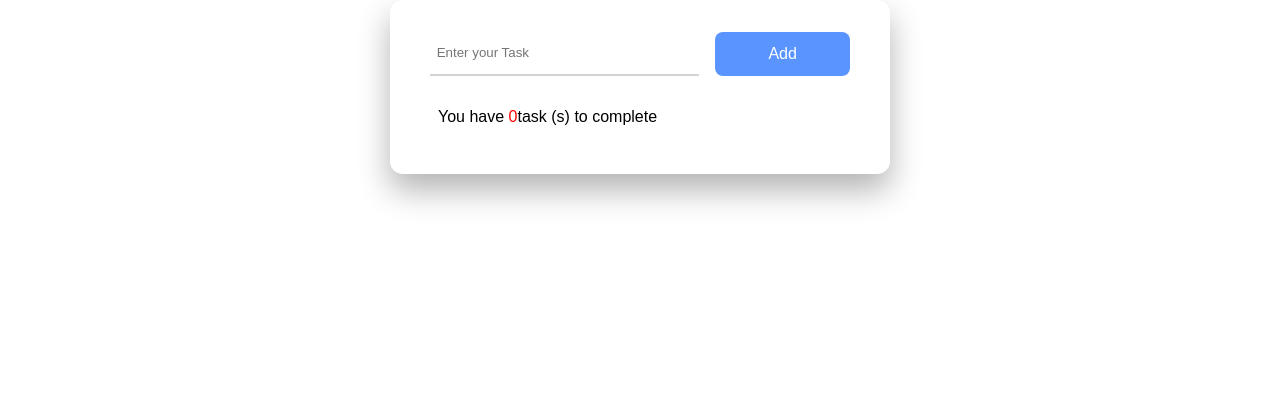
Repository: JunaidAnsari202/Todo-List
Page: index.html
An editor plug-in stored every save of this project. The page is shown before and after the next save, followed by the edit.
The browser window is 1280 px wide. The pictures show the whole page.
Some web libraries are served in a nearby version.

Above is the page before, as saved 2023-10-30 22:51:19.

### index.html
<!DOCTYPE html>
<html lang="en">
<head>
    <meta charset="UTF-8">
    <meta name="viewport" content="width=device-width, initial-scale=1.0">
    <title>Document</title>
    <!-- <link rel="shttps://cdnjs.cloudflare.com/ajax/libs/font-awesome/6.4.2/css/all.min.csstylesheet" href=""> -->
    <script src="https://kit.fontawesome.com/78ad4c4e48.js" crossorigin="anonymous"></script>
    <link rel="stylesheet" href="style.css">
</head>
<body>
    <div class="app">
        <div class="container">
            <div id="wrapper">
                <input type="text" placeholder="Enter your Task">
                <button id="add-btn">Add</button>
            </div>
            <div id="tasks">
                <p id="pending-tasks">You have <span class="count-value">0</span>task (s) to complete</p>
            </div>
        </div>
        <div id="error">Input cannot be empty</div>
    </div>

    <script src="script.js"></script>
</body>
</html>

### style.css
*{
    margin: 0;
    padding: 0;
    box-sizing: border-box;
}

body{
    height: 100vh;
    background: linear-gradient(red 50%,# 50%);
}

.app{
    font-family: "poppins", sans-serif;
    position: absolute;
    width: min(95vw , 31.25em);
    margin: auto;
    left: 0;
    right: 0;
}

.container{
    padding: 2em 2.5em;
    background-color: #fff;
    box-shadow: 0 1em 2em rgba(0,0,0,0.3);
    border-radius: 0.8em;

}

#wrapper{
    position: relative;
    display: grid;
    grid-template-columns: 8fr 4fr;
    gap: 1em;
}

#wrapper input{
    width: 100%;
    background-color: transparent;
    color: #111111;
    font-size: 0.9;
    border:none;
    border-bottom: 2px solid #d1d3d4;
    padding: 1em 0.5em;

}

#wrapper input:focus{
    outline: none;
    border-color: #5a95ff;
}

#wrapper button{
    position: relative;
    border-radius: 0.5em;
    font-weight: 500;
    font-size: 1em;
    background-color: #5a95ff;
    border: none;
    outline: none;
    color: #ffffff;
    cursor: pointer;
}
#tasks{
    margin-top: 1em;
    border-radius: 0.5em;
    width: 100%;
    position: relative;
    padding: 1em 0.5em;
}

.task{
    background-color: #ffffff;
    padding: 0.8em 1em;
    display: grid;
    grid-template-columns: 1fr 8fr 2fr 2fr;
    gap: 1em;
    border-radius: 0.5em;
    box-shadow:0 0.05em 1em rgba(0,0,0,0.05) ;
    align-items: center;
    cursor: pointer;
}

.task input[type="checkbox"]{
    position: relative;
    appearance: none;
    height: 20px;
    width: 20px;
    border-radius: 50%;
    border: 2px solid #elelel;
}

.task input[type="checkbox"]:before{
    content: "";
    position: absolute;
    transform: translate(-50%,-50%);
    top: 50%;
    left: 50%;

}

#error{
    text-align: center;
    background-color: #ffffff;
    color: #ff5c5c;
    margin-top: 1.5em;
    padding: 1em 0;
    border-radius: 0.8em;
    display: none;
}

.task input[type="checkbox"]:checked{
    background-color: #5a95ff;
    border-color: #5a95ff;
}

.task input[type="checkbox"]:checked:before{
    position: absolute;
    content: "\f00c";
    color: #ffffff;
    font-size: 0.8em;
    font-family: "font Awesome 5 free";
    font-weight: 900;

}

.task span{
    font: 0.9em;
    font-weight: 400;
    word-break: break-all;
}

.task button{
    color: #ffffff;
    width: 100%;
    padding: 1em 0;
    border-radius: 0.5em;
    border: none;
    cursor: pointer;
    outline: none;
}

.edit{
    background-color: #5a95ff;
}

.delete{
    background-color: #ff5c5c;
}

#pending-tasks span{
    color:red;
}


.completed{
    text-decoration: line-through;
    color: #a0a0a0;
}

### script.js
let addBtn=document.querySelector("#add-btn");
let newTaskInput=document.querySelector("#wrapper input");
let taskContainer=document.querySelector("#tasks");
let error=document.getElementById("error");
let countValue=document.querySelector(".count-value");
let taskCount=0;

let displayCount=(taskCount)=>{
    countValue.innerText=taskCount;
};

let addTask=()=>{
    let taskName=newTaskInput.value.trim();
    error.style.display="none";
    if(!taskName){
        setTimeout(()=>{
            error.style.display="block";
        },200);
        return;
    }
    let task=`<div class="task">
    <input type="checkbox" class="task-check">
    <span class="taskName">${taskName}</span>

    <button class="edit">
    <i class="fa-regular fa-pen-to-square"></i>
    </button>

    <button class="delete">
    <i class="fa-solid fa-trash"></i>

    </button>
    </div>`;

    taskContainer.insertAdjacentHTML("beforeend",task);

    let deleteButtons=document.querySelectorAll(".delete");
    deleteButtons.forEach((button)=>{
        button.onclick=()=>{
        button.parentNode.remove();
        taskCount-=1;
        displayCount(taskCount);
        };
    });

    let editButtons=document.querySelectorAll(".edit");
    editButtons.forEach((editBtn)=>{
        editBtn.onclick=(e)=>{
        let targetElement=e.target;
        if(!(e.target.className=="edit")){
            targetElement=e.target.parentElement;
        }
        newTaskInput.value=targetElement.previousElementSibling?.innerText;
        targetElement.parentNode.remove();
        taskCount-=1;
        displayCount(taskCount);
    };

    });

 let tasksCheck=document.querySelectorAll(".task-check");
 tasksCheck.forEach((checkbox)=>{
    checkbox.onchange=()=>{
        checkbox.nextElementSibling.classList.toggle("completed");
        if(checkbox.checked){
            taskCount-=1;
        }
        else{
            taskCount+=1;
        }
        displayCount(taskCount);
    };
 });
 taskCount+=1;
 displayCount(taskCount);
 newTaskInput.value="";
};

addBtn.addEventListener("click",addTask);

window.onload=()=>{
    taskCount=0;
    displayCount(taskCount);
    newTaskInput.value="";
}

After the next save:
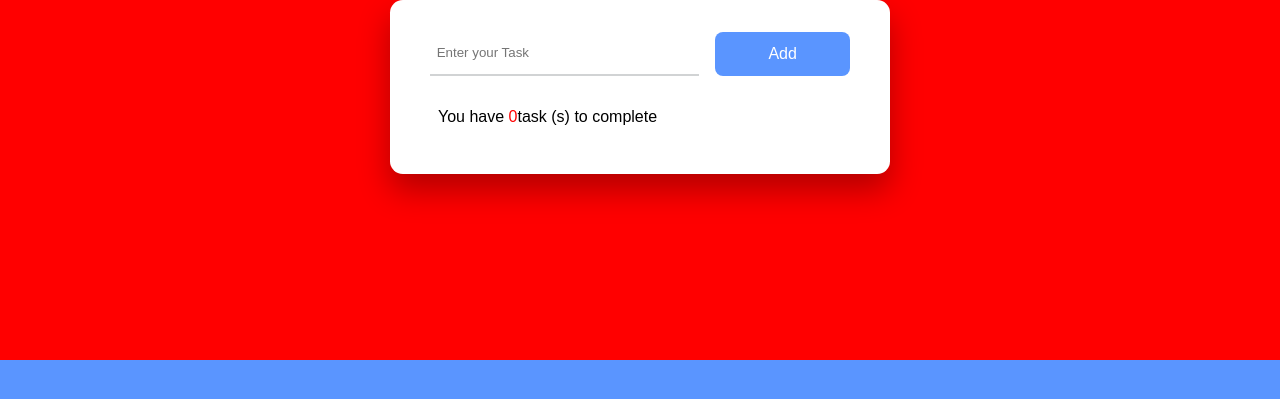
Saved 4 s later.
--- a/style.css
+++ b/style.css
@@ -6,7 +6,7 @@
 
 body{
     height: 100vh;
-    background: linear-gradient(red 50%,# 50%);
+    background: linear-gradient(red 50%,#5a95ff 50%);
 }
 
 .app{
